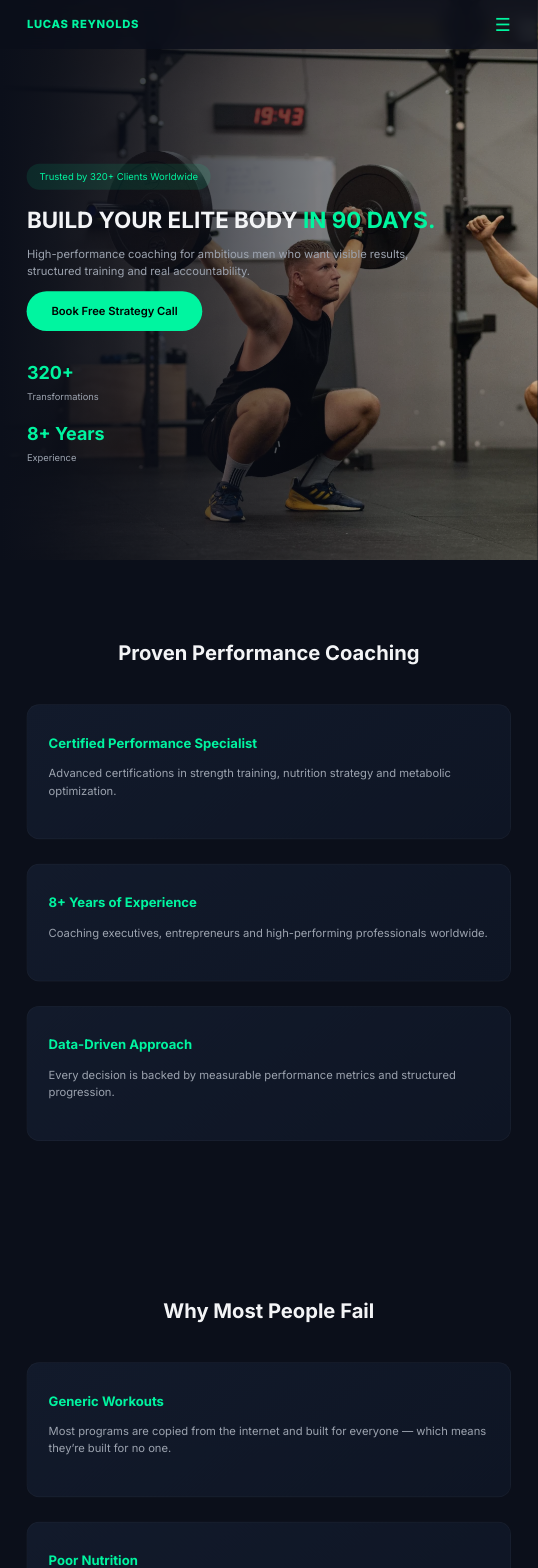
Repository: davidfsillva/Landing-page-pro
Page: index.html
These files come from the project's save history. The page is drawn as it stood at one moment and after the next save; the edit follows.
The browser window is 768 px wide. The pictures show the part of the page from y = 0 to 2240 px (the page is 10229 px tall), at 70% of full size.

Above is the page before, as saved 2026-02-26 18:13:09.

After the next save:
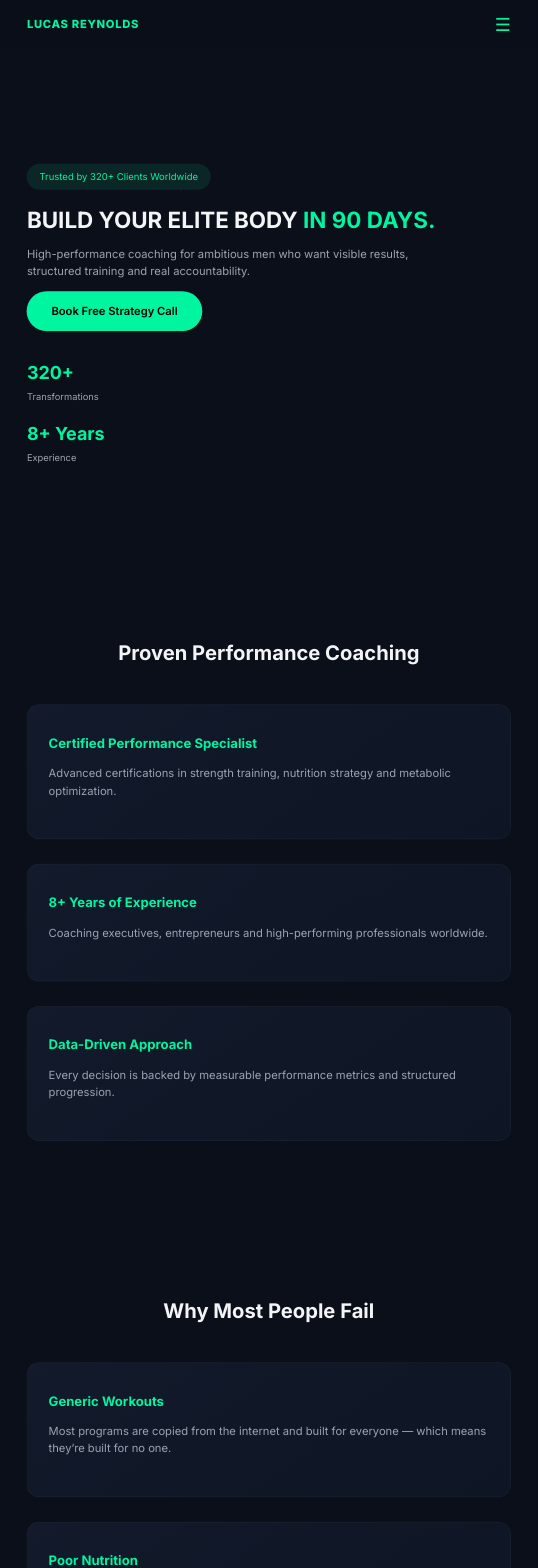
Not found: img/hero-mobile.webp
Saved 3 min 20 s later.
--- a/style.css
+++ b/style.css
@@ -428,6 +428,11 @@
 
 @media (max-width: 768px) {
 
+
+    .hero {
+        background: url('img/hero-mobile.webp') center center/cover no-repeat;
+    }
+
     .nav {
         display: none;
         flex-direction: column;

After the 2 saves that followed:
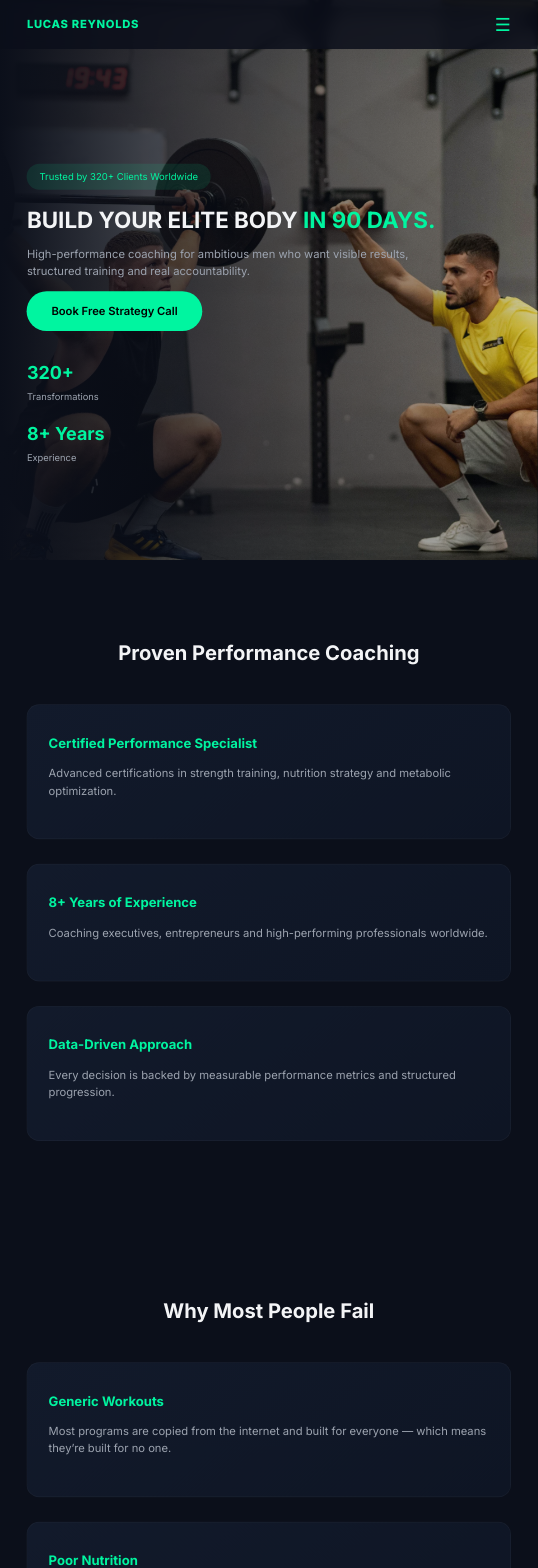
The 2 saves are shown as one change because they came seconds apart.
The last was saved 6 s later.
--- a/style.css
+++ b/style.css
@@ -430,7 +430,7 @@
 
 
     .hero {
-        background: url('img/hero-mobile.webp') center center/cover no-repeat;
+        background: url('img/herom.webp') center center/cover no-repeat;
     }
 
     .nav {
